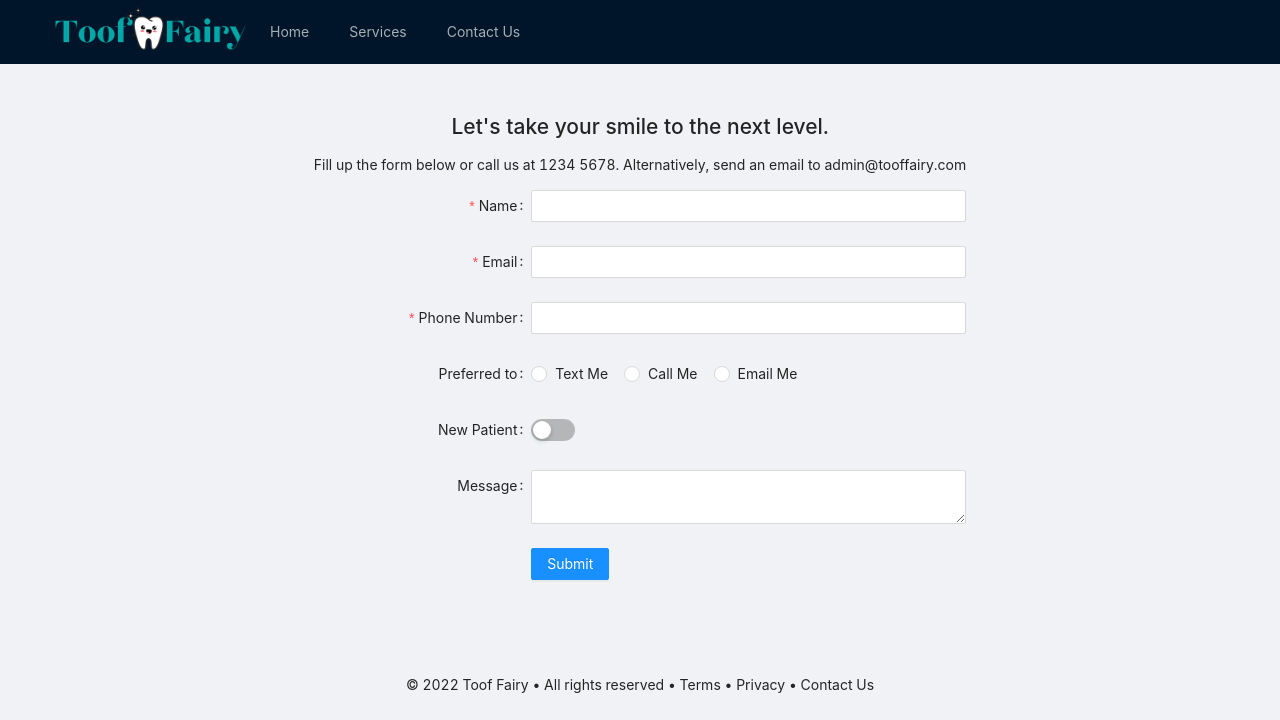
Repository: neldad1/dentist-app
Page: /contact
These files come from the project's save history. The page is drawn as it stood at one moment and after the next save; the edit follows.
The browser window is 1280 px wide. The pictures show the whole page.
The project was rebuilt for these pictures with package versions that can differ from the ones it lists, and the page was loaded fresh each time. Also part of the build but not shown: src/components/Home.jsx, src/components/Services/Cosmetic.jsx, src/components/Services/Resorative.jsx, src/components/Services/Preventative.jsx. Imported but missing from the stored project, and not drawn on this page: src/components/Services.

Above is the page before, as saved 2022-03-09 21:18:10.

After the next save:
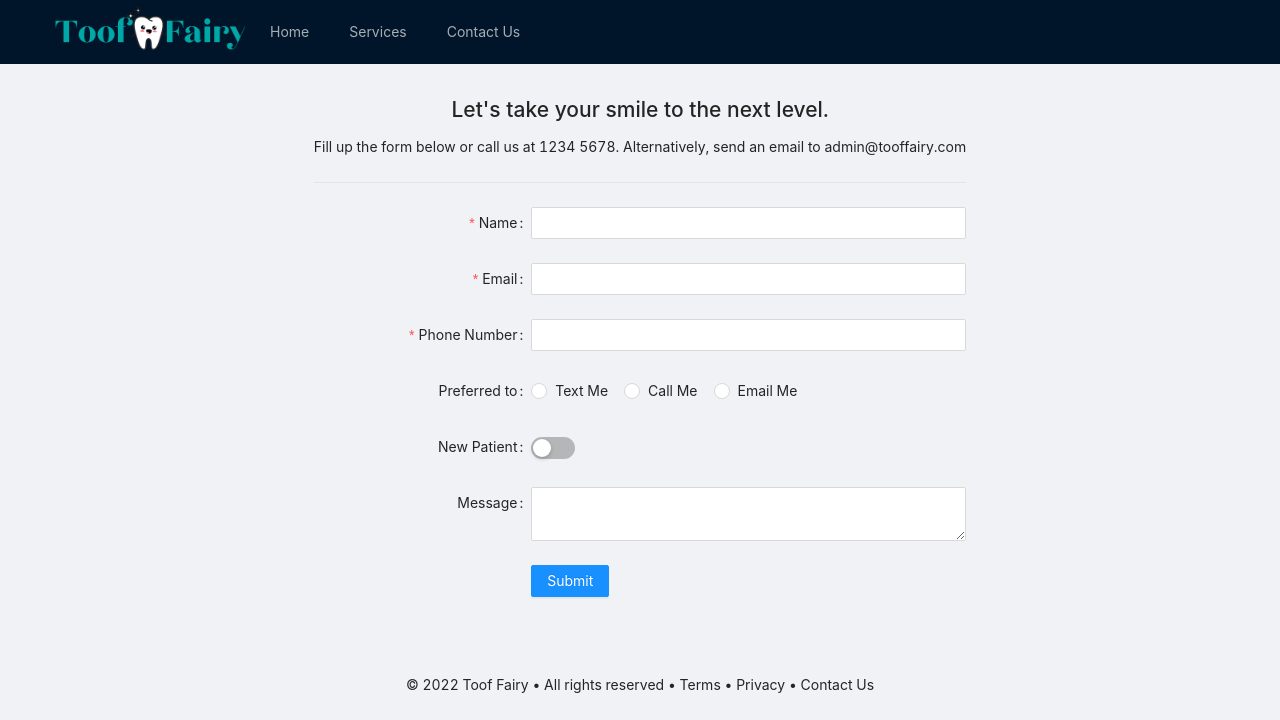
Saved 26 s later.
--- a/src/components/Contact.jsx
+++ b/src/components/Contact.jsx
@@ -1,4 +1,4 @@
-import { Form, Input, InputNumber, Button, Switch, Radio } from 'antd';
+import { Form, Input, Button, Switch, Radio, Divider } from 'antd';
 
 const layout = {
   labelCol: {
@@ -37,6 +37,7 @@ const Contact = () => {
           email to admin@tooffairy.com
         </p>
       </div>
+      <Divider />
       <Form
         className="contact-form"
         {...layout}
